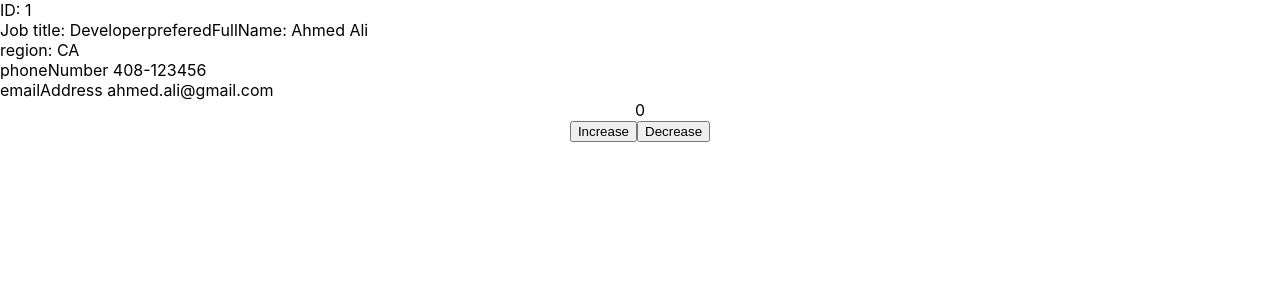
Repository: walaaElbasha/React-Counter
Page: /
An editor plug-in stored every save of this project. The page is shown before and after the next save, followed by the edit.
The browser window is 1280 px wide. The pictures show the whole page.
The project was rebuilt for these pictures with package versions that can differ from the ones it lists, and the page was loaded fresh each time.

Above is the page before, as saved 2021-04-25 18:20:34.

After the next save:
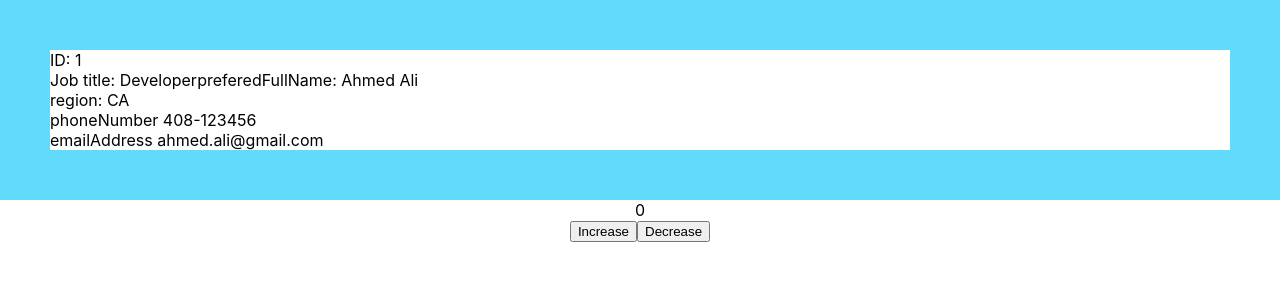
Saved 12 s later.
--- a/src/App.css
+++ b/src/App.css
@@ -38,6 +38,6 @@
 }
 
 .box{
-border:#61dafb 50px
+border:#61dafb 50px solid
 
 }
